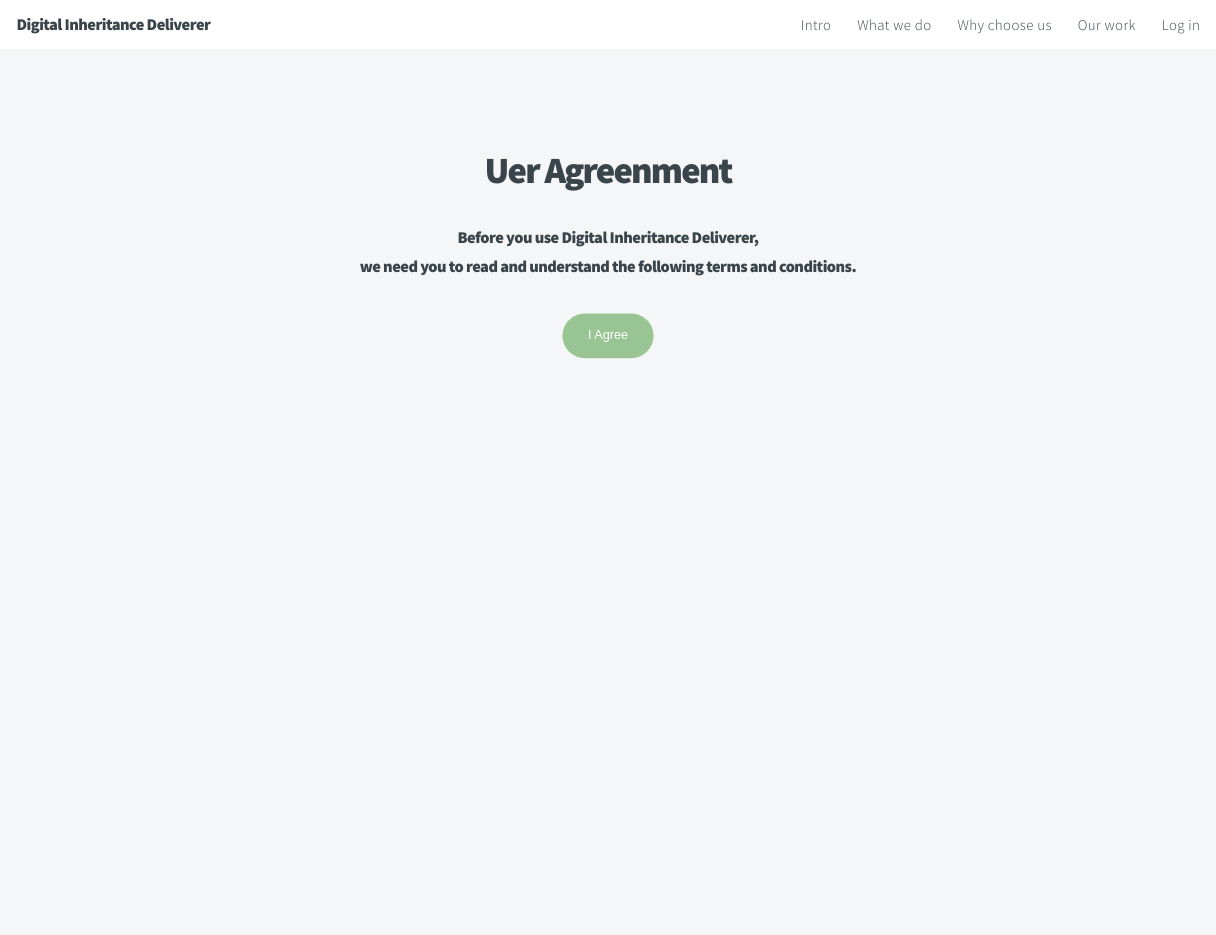
Repository: 1mocat/DID-blockchain-project
Page: Digital_I_D/app/src/UserAgreement.html
These files come from the project's save history. The page is drawn as it stood at one moment and after a run of saves; the edit follows.
The browser window is 1280 px wide. The pictures show the whole page, at 95% of full size.

Above is the page before, as saved 2023-09-26 22:04:06.

### Digital_I_D/app/src/UserAgreement.html
<!DOCTYPE HTML>
<html>
	<head>
		<title>Digital Inheritance Deliverer</title>
		<meta charset="utf-8" />
		<meta name="viewport" content="width=device-width, initial-scale=1, user-scalable=no" />
		<link rel="stylesheet" href="assets_index/css/main.css" />
		<noscript><link rel="stylesheet" href="assets_index/css/noscript.css" /></noscript>
	</head>
	<body class="is-preload">

		<!-- Header -->
			<header id="header">
				<h1>Digital Inheritance Deliverer</h1>
				<nav>
					<ul>
						<li><a href="#intro">Intro</a></li>
						<li><a href="#one">What we do</a></li>
						<li><a href="#two">Why choose us</a></li>
						<li><a href="#work">Our work</a></li>
						<li><a href="#contact">Log in</a></li>
					</ul>
				</nav>
			</header>

		<!-- Contact -->
			<section id="contact" class="main style3 secondary">
				<div class="content">
					<header>
						<h2>Uer Agreenment</h2><br>
						<h3>Before you use Digital Inheritance Deliverer,<br> we need you to read and understand the following terms and conditions.</h3>
					</header>

					<a href="UserAgreement.html">
                        <button>I Agree</button>
                    </a>

					<br>
					<br>
					<br>
					<br>
					<br>
					<br>
					<br>
					<br>
					<br>
					<br>
                    <br>
					<br>
					<br>
					<br>
					<br>
					<br>
					<br>
					<br>
					<br>
					<br>
					<br>
				</div>
			</section>

		<!-- Scripts -->
			<script src="assets_index/js/jquery.min.js"></script>
			<script src="assets_index/js/jquery.poptrox.min.js"></script>
			<script src="assets_index/js/jquery.scrolly.min.js"></script>
			<script src="assets_index/js/jquery.scrollex.min.js"></script>
			<script src="assets_index/js/browser.min.js"></script>
			<script src="assets_index/js/breakpoints.min.js"></script>
			<script src="assets_index/js/util.js"></script>
			<script src="assets_index/js/main.js"></script>

	</body>
</html>

Loaded but not shown: Digital_I_D/app/src/assets_index/js/jquery.min.js (library); Digital_I_D/app/src/assets_index/js/jquery.poptrox.min.js (library); Digital_I_D/app/src/assets_index/js/jquery.scrolly.min.js (common file); Digital_I_D/app/src/assets_index/js/jquery.scrollex.min.js (common file); Digital_I_D/app/src/assets_index/js/browser.min.js (common file); Digital_I_D/app/src/assets_index/js/breakpoints.min.js (common file); Digital_I_D/app/src/assets_index/css/fontawesome-all.min.css (library); Digital_I_D/app/src/assets_index/js/util.js (587 lines, source omitted); Digital_I_D/app/src/assets_index/js/main.js (219 lines, source omitted); Digital_I_D/app/src/assets_index/css/main.css (2312 lines, source omitted)

After the next 8 saves:
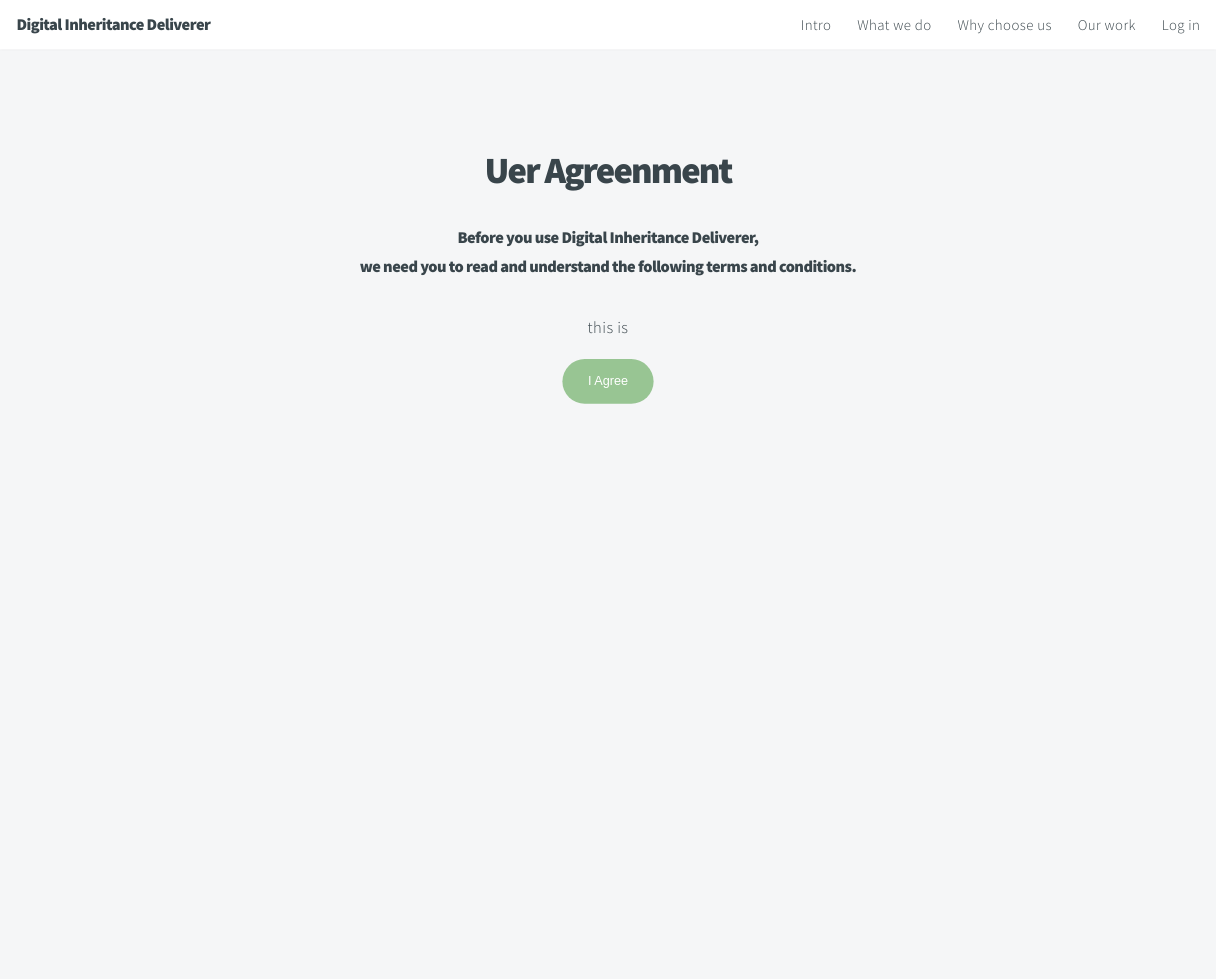
The 8 saves are shown as one change because they came seconds apart.
The last was saved 33 s later.
--- a/Digital_I_D/app/src/UserAgreement.html
+++ b/Digital_I_D/app/src/UserAgreement.html
@@ -30,6 +30,7 @@
 						<h2>Uer Agreenment</h2><br>
 						<h3>Before you use Digital Inheritance Deliverer,<br> we need you to read and understand the following terms and conditions.</h3>
 					</header>
+					<p>this is </p>
 
 					<a href="UserAgreement.html">
                         <button>I Agree</button>
